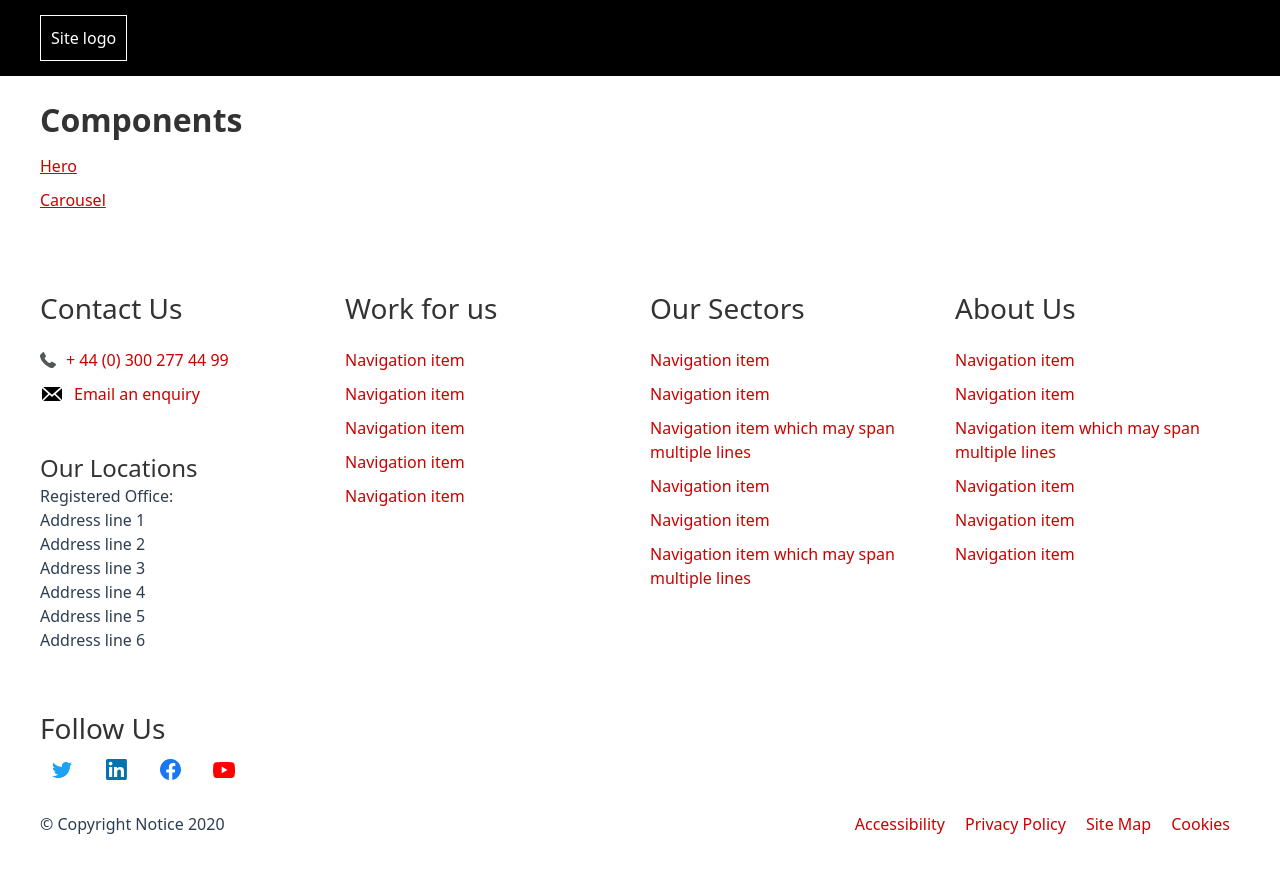
Repository: DaveBaulch/spa
Page: /
These files come from the project's save history. The page is drawn as it stood at one moment and after the next save; the edit follows.
The browser window is 1280 px wide. The pictures show the whole page.
The project was rebuilt for these pictures with package versions that can differ from the ones it lists, and the page was loaded fresh each time. Also part of the build but not shown: src/assets/styles/main.css.

Above is the page before, as saved 2020-10-15 08:32:34.

### public/index.html
<!DOCTYPE html>
<html lang="en">
  <head>
    <meta charset="utf-8">
    <meta http-equiv="X-UA-Compatible" content="IE=edge">
    <meta name="viewport" content="width=device-width,initial-scale=1.0">
    <link rel="icon" href="<%= BASE_URL %>favicon.ico">
    <title><%= htmlWebpackPlugin.options.title %></title>
    <link href="https://fonts.googleapis.com/css?family=Noto+Sans:400,400i,700,700i&display=swap" rel="stylesheet">

  </head>
  <body>
    <noscript>
      <strong>We're sorry but <%= htmlWebpackPlugin.options.title %> doesn't work properly without JavaScript enabled. Please enable it to continue.</strong>
    </noscript>
    <div id="app"></div>
    <!-- built files will be auto injected -->
  </body>
</html>

### src/App.vue
<template>
  <div id="app">
    <TheSkipLink>
      Skip navigation
    </TheSkipLink>
    <TheHeader @sidenavToggle="displaySidenav = !displaySidenav" />
    <TheSidenav
      :show="displaySidenav"
      @close="displaySidenav = false">
    </TheSidenav>

    <main class="main" id="main">
      <router-view />
    </main>

    <TheFooter />

    <TheScrollTopButton>
      <img src="@/assets/images/svg/chevron-up-white.svg" />
      <span class="sr-only">Back to top</span>
    </TheScrollTopButton>

  </div>
</template>

<script>
import TheHeader from './components/global/TheHeader.vue';
import TheSidenav from '@/components/global/TheSidenav'
import TheFooter from '@/components/global/TheFooter'
import TheSkipLink from '@/components/global/TheSkipLink'
import TheScrollTopButton from '@/components/global/TheScrollTopButton'


export default {
  components: {
    TheHeader,
    TheSidenav,
    TheFooter,
    TheSkipLink,
    TheScrollTopButton
  },
  data() {
    return {
      displaySidenav: false
    }
  }
};
</script>

<style lang="scss">

#app {
  // font-family: Avenir, Helvetica, Arial, sans-serif;
  -webkit-font-smoothing: antialiased;
  -moz-osx-font-smoothing: grayscale;
  text-align: left;
  color: #2c3e50;
}

#nav {
  padding: 30px;

  a {
    font-weight: bold;
    color: #2c3e50;

    &.router-link-exact-active {
      color: #42b983;
    }
  }
}
</style>

### src/assets/sass/_base-styles.scss

@import 'utilities/variables';
@import 'utilities/mixins';
@import 'utilities/animations';

@import 'base/fonts';
@import 'base/resets';
@import 'base/elements';
@import 'base/typography';
@import 'base/forms';

@import 'helpers/text';
@import 'helpers/spacing';
@import 'helpers/colors';

@import 'layout/layout';

### src/components/global/TheHeader.vue
<template>
<div class="header-container">
  <div class="container">
    <header class="header">
      <TheSideNavToggle @toggle="$emit('sidenavToggle')" />
      <div class="logo">
        <router-link to="/">Site logo</router-link>
      </div>
      <div class="navigation-items">
        <!-- <ul class="nav-list">
          <router-link to="/" class="nav-list__item">Home</router-link> |
          <router-link to="/about" class="nav-list__item">About</router-link>
        </ul> -->
      </div>
    </header>
  </div>
</div>
</template>

<script>
import TheSideNavToggle from "@/components/global/TheSideNavToggle";

export default {
  name: "TheHeader",
  components: {
    TheSideNavToggle
  }
};
</script>

<style scoped lang="scss">
@import '../../assets/sass/utilities/_variables.scss';
@import '../../assets/sass/utilities/_mixins.scss';

.header-container {
  width: 100%;
  min-height: 60px;
  background-color: $black;
  position: fixed;
  z-index: 100;

  @include breakpoint(md) {
    position: relative;
  }
}

.header {
  width: 100%;
  min-height: 60px;
  display: flex;
  justify-content: space-between;
  align-items: center;
  background-color: $black;
  box-sizing: border-box;
  padding: 0;
}

.logo {
  margin: 1.5rem 0;
  padding: 1rem;
  border: 1px solid $white;
}

.logo a {
  text-decoration: none;
  color: $white;
}

.navigation-items {
  display: none;

  @include breakpoint(md) {
    display: block;
  }
}


// .nav-list {
//   list-style: none;
//   padding: 0;
//   margin: 0;
//   display: flex;
// }

// .nav-list__item {
//   margin: 0 10px;
// }

// .nav-item a {
//   text-decoration: none;
//   color: $white;
// }

</style>

### src/components/global/TheSidenav.vue
<template>
<div class="sidenav-container">
  <div
    v-if="show"
    class="sidenav-backdrop"
    @click="$emit('close')"></div>
  <transition name="slide-side">
    <div
      v-if="show"
      class="sidenav">
      <ul
        class="nav-list"
        @click="$emit('close')">
        <li class="nav-item"><router-link to="/">Home</router-link></li>
        <li class="nav-item"><router-link to="/about">About</router-link></li>
      </ul>
    </div>
  </transition>
</div>
</template>

<script>
export default {
  name: "TheSidenav",
  props: {
    show: {
      type: Boolean,
      default: false
    }
  }
};
</script>


<style scoped>
.sidenav-container {
  height: 100%;
  width: 100%;
}

.sidenav-backdrop {
  width: 100%;
  height: 100%;
  background-color: rgba(0, 0, 0, 0.7);
  z-index: 1000;
  position: fixed;
  top: 0;
  left: 0;
}

.sidenav {
  height: 100%;
  width: 300px;
  background-color: white;
  z-index: 10000;
  position: fixed;
  top: 0;
  left: 0;
  box-sizing: border-box;
  padding: 30px;
}

.slide-side-enter-active,
.slide-side-leave-active {
  transition: all 0.3s ease-out;
}
.slide-side-enter,
.slide-side-leave-to {
  transform: translateX(-100%);
}

.nav-list {
  list-style: none;
  padding: 0;
  margin: 0;
}

.nav-item {
  margin: 20px 0;
}

.nav-item a {
  text-decoration: none;
  color: black;
  font-size: 1.5rem;
}

.nav-item a:hover,
.nav-item a:active {
  color: red;
}
</style>

### src/components/global/TheSkipLink.vue
<template>
  <a
    href="#main"
    id="skip-navigation"
    class="skip-link"
    ref="skip-navigation"
    v-scroll-to="{el: '#main'}">
    <slot />
  </a>
</template>



<style scoped lang="scss">
@import '../../assets/sass/utilities/_mixins.scss';
@import '../../assets/sass/utilities/_variables.scss';

.skip-link {
  padding: 0.5rem 1rem 1rem 1rem;
  background-color: $white;
  position: absolute;
  top: -100%;
  left: 2px;
  z-index: 200;
  text-decoration: none !important;
  display: none;

  &:focus {
    top: 2px;
    transition: $transition-speed-medium ease all;
    color: $black;
  }

  @include breakpoint(md) {
    display: flex;
  }
}

.skip-link:visited {
  color: $black;
}
</style>

### src/components/global/TheScrollTopButton.vue
<template>
  <a class="btn-scroll-top" :class="{ active: buttonVisible }" ref="scroll-button" id="scroll-top" href="#skip-navigation" v-scroll-to="{el: '#skip-navigation', onDone: onDone}">
    <slot />
  </a>
</template>

<script>
export default {
  name: "TheScrollTopButton",
  data: function () {
    return {
      scrollPosition: null,
      buttonVisible: false
    }
  },
  methods: {
    onDone() {
      document.getElementById('skip-navigation').focus();
    },
    updateScroll() {
      this.scrollPosition = window.scrollY
      // console.log(this.scrollPosition)
      if ( this.scrollPosition > 100 ){
        this.buttonVisible = true;
      } else {
        this.buttonVisible = false;
      }
    }
  },
  mounted() {
    window.addEventListener('scroll', this.updateScroll);
  }
};
</script>


<style scoped lang="scss">
@import "../../assets/sass/utilities/_variables.scss";
@import "../../assets/sass/utilities/_mixins.scss";

.btn-scroll-top {
  position: fixed;
  z-index: 100;
  bottom: 20px;
  right: 20px;
  width: 44px;
  height: 44px;
  overflow: hidden;
  text-indent: -1999em;
  color: $white;
  background-color: $white;
  border: 1px solid $grey-dark;;
  opacity: 0;
  transition: 300ms ease all;
  display: flex;
  align-items: center;
  justify-content: center;
  display: none;

  @include breakpoint(md) {
    bottom: 85px;
    display: flex;
  }

  &.active {
    opacity: 0.9;
  }
}

</style>

### src/views/Home.vue
<template>

  <div class="home">

    <div class="container">
      <h1>Components</h1>
        <ul class="component-list">
          <li class="component-list__item"><router-link to="/hero" class="component-list__link">Hero</router-link></li>
          <li class="component-list__item"><router-link to="/carousel" class="component-list__link">Carousel</router-link></li>
        </ul>
    </div>

  </div>

</template>

<script>
// @ is an alias to /src
export default {
  name: "Home",
  components: {
  }
};
</script>

<style scoped lang="scss">
@import '../assets/sass/utilities/_variables.scss';
@import '../assets/sass/utilities/_mixins.scss';

.component-list {
  list-style: none;
  padding: 0;
  margin: 0;

}

.component-list__item {
  margin: 1rem 0 0 0;
  padding: 0;
}

.component-list__link {
  margin: 0;

  a {
    text-decoration: none;
    color: $white;
  }
}


</style>

### src/assets/sass/utilities/_mixins.scss
@mixin fill {
  width: 100%;
  height: 100%;
}

@mixin imageCover {
  object-fit: cover;
  @include fill;
}

@mixin absoluteFill {
  display: block;
  position: absolute;
  top: 0;
  left: 0;
  @include fill;
}

@mixin textGradient($top: $brand-primary, $bottom: $brand-light) {
  background: linear-gradient($top, $bottom);
  background-clip: text;
  -webkit-text-fill-color: transparent;
}

// accessible text
@mixin sr-only {
  border: 0 !important;

  height: 1px !important;
  margin: (-1px) !important;
  overflow: hidden !important;
  padding: 0 !important;
  position: absolute !important;
  width: 1px !important;
}

// breakpoints
// uses breakpoints defined in variables.scss
@mixin breakpoint($point, $value: 0) {
  @if $point==xs {
    @media screen and (max-width: $xs-max) {
      @content;
    }
  } @else if $point==sm {
    @media screen and (min-width: $sm-min) {
      @content;
    }
  } @else if $point==md {
    @media screen and (min-width: $md-min) {
      @content;
    }
  } @else if $point==lg {
    @media screen and (min-width: $lg-min) {
      @content;
    }
  } @else if $point==xl {
    @media screen and (min-width: $xl-min) {
      @content;
    }
  } @else {
    @media screen and ($point: $value) {
      @content;
    }
  }
}

@mixin between-breakpoints($min, $max) {
  @media screen and (min-width: $min) and (max-width: $max) {
    @content;
  }
}

@mixin full-width {
  width: 100vw;
  position: relative;
  left: 50%;
  right: 50%;
  margin-left: -50vw;
  margin-right: -50vw;
}

### src/assets/sass/utilities/_animations.scss
@keyframes fadeIn {
    from {
      opacity: 0;
      visibility: hidden;
    }
    to {
      opacity: 1;
      visibility: visible;
    }
  }

@keyframes fadeOut {
    from {
      opacity: 1;
      visibility: visible;
    }
    to {
      opacity: 0;
      visibility: hidden;
    }
  }

@keyframes slideTop {
  0% {
    transform: translateY(100px);
  }
  100% {
    transform: translateY(0);
  }
}

@mixin fadeIn($duration: 0.3s) {
  animation: {
    name: fadeIn;
    fill-mode: forwards;
    duration: #{$duration};
  }
}

@mixin fadeOut($duration: 0.3s) {
  animation: {
    name: fadeOut;
    fill-mode: forwards;
    duration: #{$duration};
  }
}

### src/assets/sass/base/_fonts.scss
// @font-face {
//   font-family: 'hurme';
//   src: url('~assets/fonts/hurme/hurme-light.otf') format('opentype');
//   font-weight: $font-weight-light;
// }

// @font-face {
//   font-family: 'hurme';
//   src: url('~assets/fonts/hurme/hurme-regular.otf') format('opentype');
//   font-weight: $font-weight-normal;
// }

// @font-face {
//   font-family: 'hurme';
//   src: url('~assets/fonts/hurme/hurme-semiBold.otf') format('opentype');
//   font-weight: $font-weight-bold;
// }

### src/assets/sass/base/_resets.scss
html {
  //Prevent iOS input highlighting
  box-sizing: border-box;
  font-size: $base-font-size;
  -webkit-tap-highlight-color: rgba(0, 0, 0, 0);
}

body {
  -moz-osx-font-smoothing: grayscale;
  -webkit-font-smoothing: antialiased;
  background-color: $body-bg-color;
  color: $color-text;
  font-size: $body-font-mobile;
  line-height: $base-line-height;
  text-align: left;
  margin: 0;
  padding: 0;
  font-weight: $font-weight-light;

  @include breakpoint(lg) {
    font-size: $body-font-desktop;
  }
}

html,
body {
  max-width: 100% !important;
  overflow-x: hidden !important;
}

img {
  display: block;
  height: auto;
  -ms-interpolation-mode: bicubic;
  // option to make images responsive by default
  max-width: 100%;
}

### src/assets/sass/base/_elements.scss
button {
  cursor: pointer;
  margin: 0;
}

img {
  max-width: 100%;
  pointer-events: none;

  &:not([src]) {
    visibility: hidden;
  }
}

a {
  text-decoration: none;
  color: inherit;
}

ul:not([class]) {
  list-style: disc;
}

ol:not([class]) {
  list-style: decimal;
}

### src/assets/sass/base/_typography.scss
body {
  font-family: $font;
  font-weight: $font-weight-normal;
}

// Generic heading styling

h1,
h2,
h3,
h4,
h5 {
  margin: 0;
  padding: 0;
  margin-top: 2rem;
  color: $color-headings;
  font-weight: $font-weight-bold;
}

h1 {
  font-size: 2rem;
  font-weight: 700;
  line-height: 1.6;

  @include breakpoint(lg) {
    font-size: 3.2rem;
    line-height: 1.5;
  }
}

h2 {
  font-size: 2rem;
  font-weight: 400;
  line-height: 1.4;
  margin: 2.9rem 0 0 0;

  @include breakpoint(lg) {
    font-size: 2.8rem;
    line-height: 1.43;
    margin: 4.6rem 0 0 0;
  }
}

h3 {
  font-size: 1.8rem;
  font-weight: 400;
  line-height: 1.33;
  margin: 2.9rem 0 0 0;

  @include breakpoint(lg) {
    font-size: 2.4rem;
    line-height: 1.33;
    margin: 4.6rem 0 0 0;
  }
}

h4 {
  font-size: 1.8rem;
  font-weight: 400;
  line-height: 1.5;
  margin: 2.9rem 0 0 0;


  @include breakpoint(lg) {
    font-size: 2.4rem;
    line-height: 1.4;
    margin: 4.6rem 0 0 0;
  }
}

h5 {
  font-size: 1.8rem;
  font-weight: 400;
  line-height: 1.5;
  margin: 2.9rem 0 0 0;

  @include breakpoint(lg) {
    font-size: 2.4rem;
    line-height: 1.56;
    margin: 4.6rem 0 0 0;
  }
}

// Link styles

a {
  color: $color-link-active;
  text-decoration: underline;
}

a:visited {
  color: $color-link-visited;
}

a:hover {
  color: $color-link-hover;
}

a:focus {
  color: $color-link-hover;
  outline: $focus-outline;
}

// Standard text paragraphs

p {
  margin: 2rem 0 0 0;
  padding: 0;
}

// List styles
ol,
ul {
  margin: 2rem 0 0 0;
  padding: 0;
  list-style: none;

  &:not([class]) {
    margin: 0 1.22rem 0.8rem 1.5rem;
    list-style-position: inside;
  }
}

ol:not([class]) {
  list-style-type: decimal;
}

ul:not([class]) {
  list-style-type: disc;
}

// Definition list styles

dl {
}

dt {
  font-weight: bold;
}

// Opinionated styling of typographic elements

hr {
  height: 1px;
  margin: 1em 0;
  padding: 0;
  display: block;
  border: 0;
  border-top: 1px solid $grey-light;
}

blockquote {
  margin: 0;
  padding: 0 10px;
}

ins {
  background: $red;
  color: $black;
  text-decoration: none;
}

mark {
  font-style: italic;
  font-weight: bold;
}

pre {
  white-space: pre-wrap;
  word-wrap: break-word;
}

### src/assets/sass/helpers/_text.scss
.uppercase {
  text-transform: uppercase;
}

.font-light {
  font-weight: $font-weight-light;
}

.font-normal {
  font-weight: $font-weight-normal;
}

.font-bold {
  font-weight: $font-weight-bold;
}

.sr-only {
  @include sr-only;
}

### src/assets/sass/helpers/_spacing.scss
.no-padding {
  padding: 0;
}

.no-margin {
  margin: 0;
}

### src/assets/sass/helpers/_colors.scss
// .bg-white {
//   background-color: $brand-white;
// }
// .bg-white-alt {
//   background-color: $brand-white-alt;
// }
// .bg-black {
//   background-color: $brand-black;
// }
// .bg-primary {
//   background-color: $brand-primary;
// }
// .bg-primary-alt {
//   background-color: $brand-primary-alt;
// }
// .bg-dark {
//   background-color: $brand-dark;
// }
// .bg-dark-alt {
//   background-color: $brand-dark-alt;
// }
// .bg-light {
//   background-color: $brand-lightest;
// }
// .bg-light-alt {
//   background-color: $brand-light-alt;
// }

### src/assets/sass/layout/_layout.scss
.container {
  width: 100%;
  max-width: 1200px;
  margin: 0 auto;
  padding: 0;
  position: relative;
  padding: 0 15px;
}

.row {
  display: grid;
  grid-template-columns: repeat(12, 1fr);
  grid-gap: 20px;
}

.main {
  padding-top: 60px;

  @include breakpoint(md) {
    padding-top: 0;
  }
}

// picturefill-background background images
.picturefill-background {
  background-size: cover;
  background-repeat: no-repeat;
  opacity: 1;
  transition: opacity 2s ease;

  &.is-lazy {
    opacity: 0;
  }
}

### src/components/global/TheSocialSharing.vue
<template>
  <div class="social-links-wrapper">
    <h2 class="social-links-title">Follow Us</h2>
    <ul class="social-links">
      <li class="social-links__item">
        <TheSocialSharingItem>
          <img src="@/assets/images/svg/icon-footer-twitter.svg" width="20" height="16" alt="Twitter" />
          <span class="sr-only">Twitter</span>
        </TheSocialSharingItem>
      </li>
      <li class="social-links__item">
        <TheSocialSharingItem>
          <img src="@/assets/images/svg/icon-footer-linkedin.svg" width="21" height="21" alt="LinkedIn" />
          <span class="sr-only">LinkedIn</span>
        </TheSocialSharingItem>
      </li>
      <li class="social-links__item">
        <TheSocialSharingItem>
          <img src="@/assets/images/svg/icon-footer-facebook.svg" width="21" height="21" alt="Facebook" />
          <span class="sr-only">Instagram</span>
        </TheSocialSharingItem>
      </li>
      <li class="social-links__item">
        <TheSocialSharingItem href="https://www.youtube.com/">
          <img src="@/assets/images/svg/icon-footer-youtube.svg" width="22" height="16" alt="YouTube" />
          <span class="sr-only">You Tube</span>
        </TheSocialSharingItem>
      </li>
    </ul>
  </div>
</template>

<script>
import TheSocialSharingItem from "@/components/global/TheSocialSharingItem";

export default {
  name: "TheSocialSharing",
  components: {
    TheSocialSharingItem
  }
};
</script>

<style scoped lang="scss">
@import '../../assets/sass/utilities/_variables.scss';

.social-links {
  margin: 0 auto;
  list-style: none;
  display: flex;
}

.social-links__item {
  margin: 0 1rem 0 0;
}

</style>

### src/components/global/TheSocialSharingItem.vue
<template>
  <a :href="href"
    class="social-sharing-item"
    ><slot /></a>
</template>

<script>
export default {
  name: 'TheSocialSharingItem',
  props: {
    href: {
      type: String,
      default: ''
    }
  }
}
</script>


<style scoped lang="scss">
@import '../../assets/sass/utilities/_variables.scss';

.social-sharing-item {
  display: flex;
  align-items: center;
  justify-content: center;
  width: 44px;
  height: 44px;

  &:hover,
  &:focus {
    color: $color-link-hover;
    text-decoration: underline;
  }
}
</style>

Loaded but not shown: src/registerServiceWorker.js (common file); src/store/index.js (common file); src/components/global/TheSideNavToggle.vue (common file); src/router/index.js (40 lines, source omitted); src/main.js (19 lines, source omitted); src/assets/sass/base/_forms.scss (498 lines, source omitted); src/components/global/TheFooter.vue (339 lines, source omitted); src/assets/sass/utilities/_variables.scss (127 lines, source omitted)

After the next save:
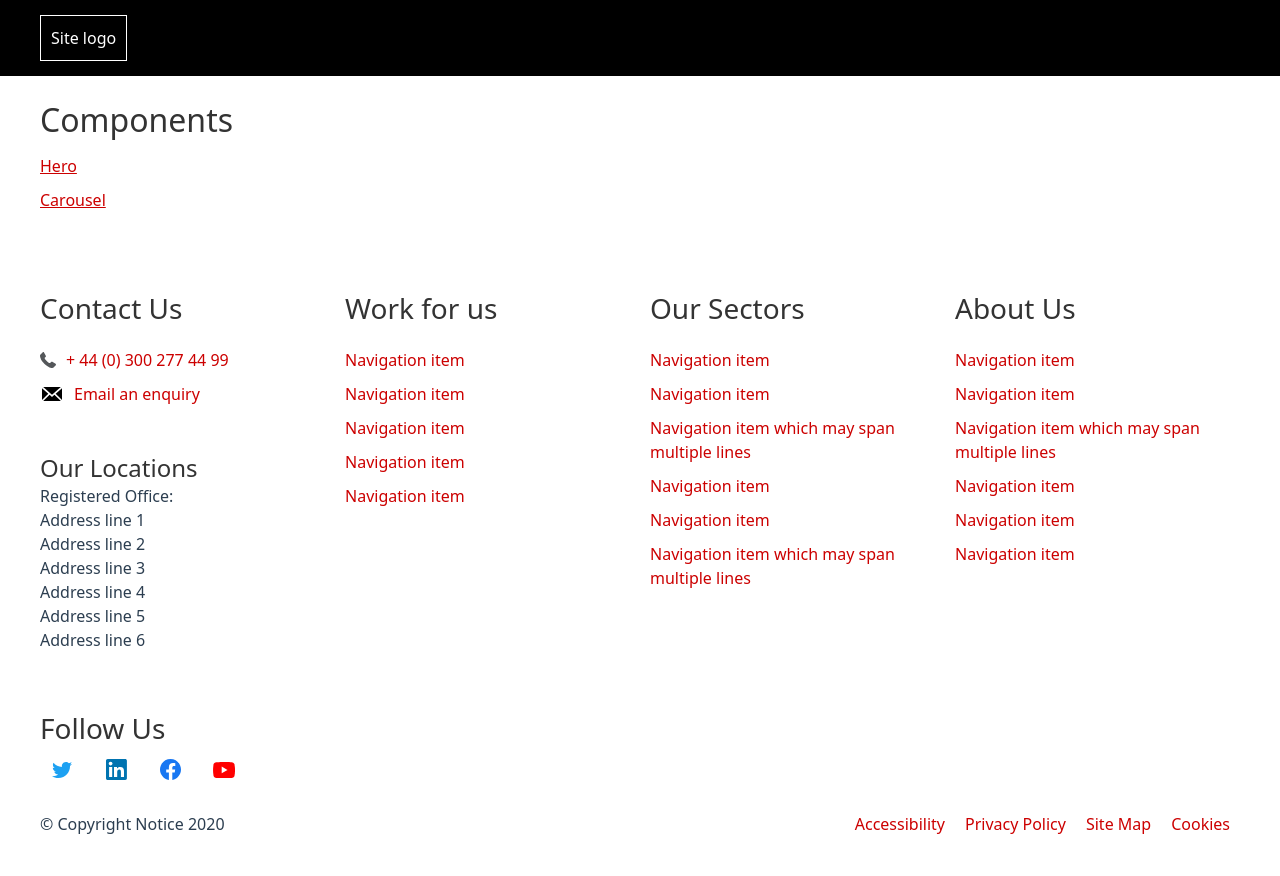
Saved 25 s later.
--- a/src/assets/sass/base/_typography.scss
+++ b/src/assets/sass/base/_typography.scss
@@ -19,7 +19,7 @@
 
 h1 {
   font-size: 2rem;
-  font-weight: 700;
+  font-weight: 400;
   line-height: 1.6;
 
   @include breakpoint(lg) {

After the save that followed:
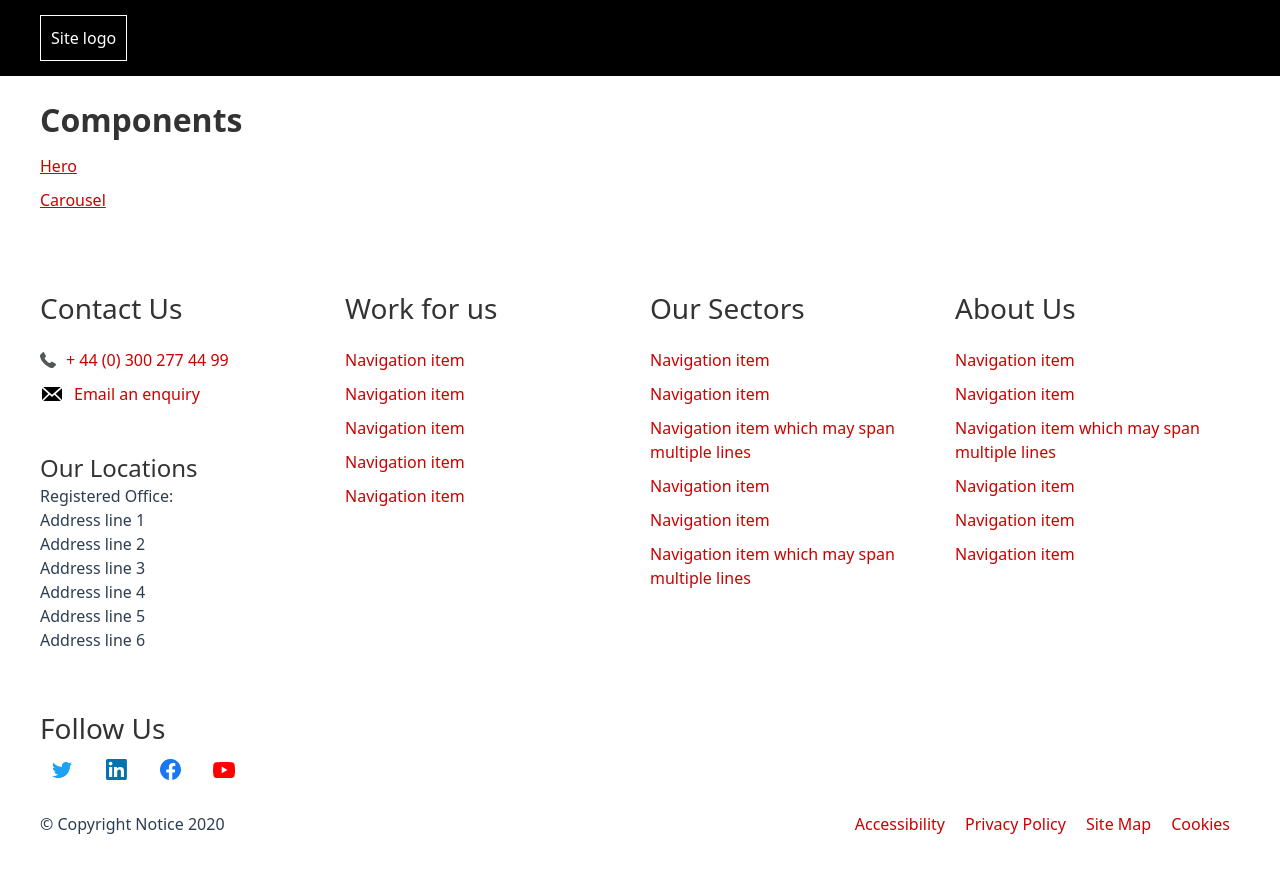
Saved 4 s later.
--- a/src/assets/sass/base/_typography.scss
+++ b/src/assets/sass/base/_typography.scss
@@ -19,7 +19,7 @@
 
 h1 {
   font-size: 2rem;
-  font-weight: 400;
+  font-weight: 00;
   line-height: 1.6;
 
   @include breakpoint(lg) {
